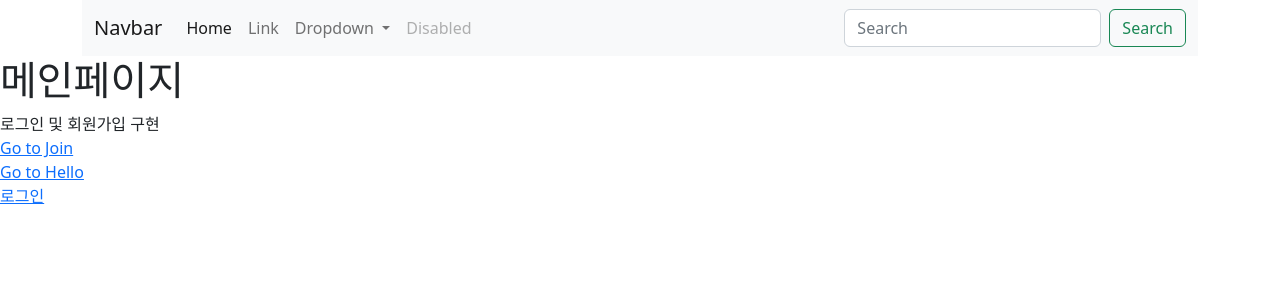
Repository: kjm541006/Ezen
Page: project/src/main/resources/static/index.html
These files come from the project's save history. The page is drawn as it stood at one moment and after the next save; the edit follows.
The browser window is 1280 px wide. The pictures show the whole page.

Above is the page before, as saved 2023-06-07 07:42:46.

After the next save:
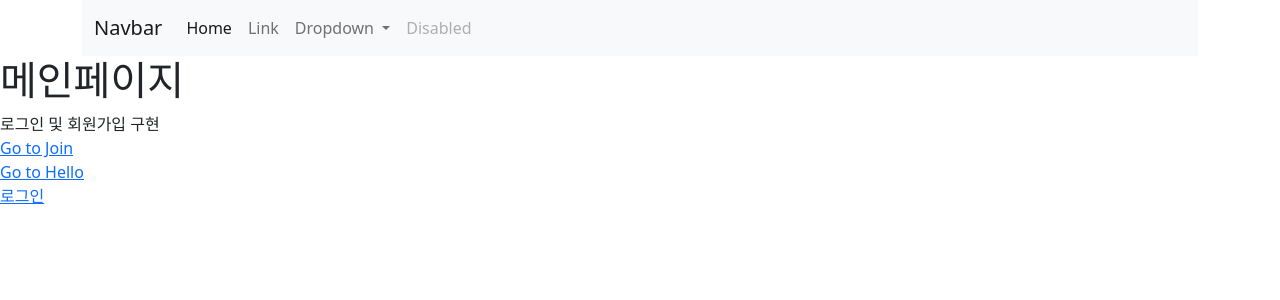
Saved 74 s later.
--- a/project/src/main/resources/static/index.html
+++ b/project/src/main/resources/static/index.html
@@ -10,41 +10,37 @@
 	<div class="container">
 		<header class="header">
 			<nav class="navbar navbar-expand-lg bg-light">
-  <div class="container-fluid">
-    <a class="navbar-brand" href="#">Navbar</a>
-    <button class="navbar-toggler" type="button" data-bs-toggle="collapse" data-bs-target="#navbarSupportedContent" aria-controls="navbarSupportedContent" aria-expanded="false" aria-label="Toggle navigation">
-      <span class="navbar-toggler-icon"></span>
-    </button>
-    <div class="collapse navbar-collapse" id="navbarSupportedContent">
-      <ul class="navbar-nav me-auto mb-2 mb-lg-0">
-        <li class="nav-item">
-          <a class="nav-link active" aria-current="page" href="#">Home</a>
-        </li>
-        <li class="nav-item">
-          <a class="nav-link" href="#">Link</a>
-        </li>
-        <li class="nav-item dropdown">
-          <a class="nav-link dropdown-toggle" href="#" role="button" data-bs-toggle="dropdown" aria-expanded="false">
-            Dropdown
-          </a>
-          <ul class="dropdown-menu">
-            <li><a class="dropdown-item" href="#">Action</a></li>
-            <li><a class="dropdown-item" href="#">Another action</a></li>
-            <li><hr class="dropdown-divider"></li>
-            <li><a class="dropdown-item" href="#">Something else here</a></li>
-          </ul>
-        </li>
-        <li class="nav-item">
-          <a class="nav-link disabled">Disabled</a>
-        </li>
-      </ul>
-      <form class="d-flex" role="search">
-        <input class="form-control me-2" type="search" placeholder="Search" aria-label="Search">
-        <button class="btn btn-outline-success" type="submit">Search</button>
-      </form>
-    </div>
-  </div>
-</nav>
+			  <div class="container-fluid">
+			    <a class="navbar-brand" href="#">Navbar</a>
+			    <button class="navbar-toggler" type="button" data-bs-toggle="collapse" data-bs-target="#navbarSupportedContent" aria-controls="navbarSupportedContent" aria-expanded="false" aria-label="Toggle navigation">
+			      <span class="navbar-toggler-icon"></span>
+			    </button>
+			    <div class="collapse navbar-collapse" id="navbarSupportedContent">
+			      <ul class="navbar-nav me-auto mb-2 mb-lg-0">
+			        <li class="nav-item">
+			          <a class="nav-link active" aria-current="page" href="#">Home</a>
+			        </li>
+			        <li class="nav-item">
+			          <a class="nav-link" href="#">Link</a>
+			        </li>
+			        <li class="nav-item dropdown">
+			          <a class="nav-link dropdown-toggle" href="#" role="button" data-bs-toggle="dropdown" aria-expanded="false">
+			            Dropdown
+			          </a>
+			          <ul class="dropdown-menu">
+			            <li><a class="dropdown-item" href="#">Action</a></li>
+			            <li><a class="dropdown-item" href="#">Another action</a></li>
+			            <li><hr class="dropdown-divider"></li>
+			            <li><a class="dropdown-item" href="#">Something else here</a></li>
+			          </ul>
+			        </li>
+			        <li class="nav-item">
+			          <a class="nav-link disabled">Disabled</a>
+			        </li>
+			      </ul>
+			    </div>
+			  </div>
+			</nav>
 		</header>
 	</div>
 	<h1>메인페이지</h1>
